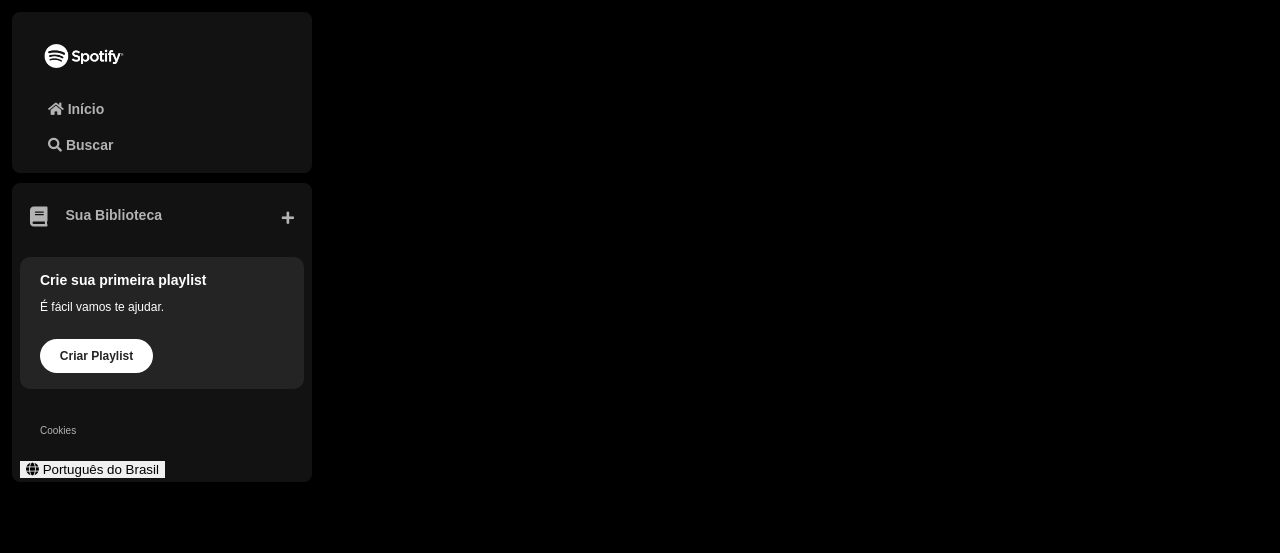
Repository: guilhermecardoso93/spotify-alura
Page: index.html
These files come from the project's save history. The page is drawn as it stood at one moment and after the next save; the edit follows.
The browser window is 1280 px wide. The pictures show the whole page.

Above is the page before, as saved 2024-02-21 20:21:58.

### index.html
<!DOCTYPE html>
<html lang="pt-BR">
  <head>
    <meta charset="UTF-8" />
    <meta name="viewport" content="width=device-width, initial-scale=1.0" />
    <link
      rel="shortcut icon"
      href="./assets/icons/favicon.png"
      type="image/x-icon"
    />
    <link
      rel="stylesheet"
      href="https://use.fontawesome.com/releases/v5.15.4/css/solid.css"
      integrity="sha384-Tv5i09RULyHKMwX0E8wJUqSOaXlyu3SQxORObAI08iUwIalMmN5L6AvlPX2LMoSE"
      crossorigin="anonymous"
    />
    <link
      rel="stylesheet"
      href="https://use.fontawesome.com/releases/v5.15.4/css/fontawesome.css"
      integrity="sha384-jLKHWM3JRmfMU0A5x5AkjWkw/EYfGUAGagvnfryNV3F9VqM98XiIH7VBGVoxVSc7"
      crossorigin="anonymous"
    />
    <link rel="stylesheet" href="./reset.css" />
    <link rel="stylesheet" href="./styles.css" />

    <title>Spotify | Alura</title>
  </head>
  <body>
    <div class="sidebar">
      <nav class="sidebar__navigation">
        <div class="logo">
          <a href="">
            <img src="./assets/icons/logo-spotify.png" alt="Logo" />
          </a>
        </div>
        <ul>
          <li>
            <a href="">
              <span class="fa fa-home"></span>
              <span>Início</span>
            </a>
          </li>
          <li>
            <a href="">
              <span class="fa fa-search"></span>
              <span>Buscar</span>
            </a>
          </li>
        </ul>
      </nav>

      <div class="library">
        <div class="library__content">
          <button class="library__button">
            <span class="fa fas fa-book"></span>
            <span>Sua Biblioteca</span>
          </button>
          <span class="fa fa-plus"></span>
        </div>

        <section class="playlist">
          <div class="playlist__content">
            <span class="text title">Crie sua primeira playlist</span>
            <span class="text subtitle">É fácil vamos te ajudar.</span>
            <button class="playlist__button">
              <span>Criar Playlist</span>
            </button>
          </div>
        </section>

        <div class="cookies">
          <a href="http://">Cookies</a>
        </div>

        <div class="languages">
          <button class="languanges__button">
            <span class="fa fa-globe"></span>
            <span>Português do Brasil</span>
          </button>
        </div>
      </div>
    </div>
  </body>
</html>

### styles.css
body {
  background-color: #000;
  font-family: "DM Sans", sans-serif;
}

.sidebar {
  position: fixed;
  top: 0;
  left: 0;
  bottom: 0;
  padding: 12px;
  width: 300px;
}

.sidebar__navigation {
  background-color: #121212;
  border-radius: 8px;
  padding: 16px 0 0 16px;
}

.logo {
  background: #121212;
  display: flex;
  border-radius: 8px;
  padding: 16px 0 0 16px;
}

.sidebar__navigation .logo img {
  width: 80px;
}

.sidebar nav ul {
  margin-top: 20px;
  padding: 0 20px 10px 20px;
}

.sidebar ul li {
  padding: 10px 0;
}

.sidebar nav ul li a {
  color: #b3b3b3;
  text-decoration: none;
  font-weight: 600;
  font-size: 14px;

  gap: 20px;
}

.library {
  background-color: #121212;
  border-radius: 8px;
  display: flex;
  justify-content: space-between;
  flex-direction: column;
  padding: 4px 8px;
  color: #b3b3b3;
  font-weight: 600;
  font-size: 14px;
  margin-top: 10px;
}

.library .library__content {
  display: flex;
  justify-content: space-between;
}

.library .library__button {
  display: flex;
  margin-right: 10px;
  color: #b3b3b3;
  background-color: transparent;
  border: 0px;
  font-size: 14px;
  font-weight: 700;
  font-family: "DM Sans", sans-serif;
  text-align: center;
  text-decoration: none;
  text-transform: none;
  padding: 20px 10px;
}

.library .library__button .fa {
  font-size: 20px;
  font-weight: 300;
  color: #b3b3b3;
  margin-right: 10px;
  padding-right: 8px;
}

.library .library__content .fa-plus {
  margin: 24px 10px;
}

.playlist {
  display: flex;
  align-items: flex-start;
  justify-content: space-between;
  gap: 20px;
  margin: 8px 0;
  padding: 16px 20px;

  background-color: #242424;
  color: #b3b3b3;
  font-weight: 600;
  font-size: 14px;
  border-radius: 10px;
}

.playlist .playlist__content {
  display: flex;
  flex-direction: column;
}

.playlist .playlist__content .text {
  padding-bottom: 14px;
  color: #fff;
}

.playlist .playlist__content .title {
  font-weight: 700;
}

.playlist .playlist__content .subtitle {
  font-weight: 500;
  font-size: 12px;
}

.playlist .playlist__content .playlist__button {
  display: flex;
  justify-content: center;
  padding: 10px;
  margin-top: 12px;
  width: 113px;

  background-color: #fff;
  color: #242424;
  border-radius: 20px;
  font-size: 12px;
  font-weight: 700;
  font-family: "DM Sans", sans-serif;
  text-decoration: none;
  text-transform: none;
  border: 0;
}

.sidebar .cookies {
  margin: 25px 20px;
}

.sidebar .cookies a {
  color: #b3b3b3;
  font-family: "DM Sans", sans-serif;
  font-weight: 500;
  font-size: 10px;
  text-decoration: none;
}

.sidebar .cookies a:hover {
  text-decoration: underline;
}

.languages .languages__button {
  align-items: center;
  background-color: transparent;
  border: 1px solid #878787;
  color: #fff;
  font-weight: bold;
  cursor: pointer;
  width: 170px;
  margin: 8px;
  padding: 8px;
  border-radius: 20px;
}

Loaded but not shown: reset.css (common file)

After the next save:
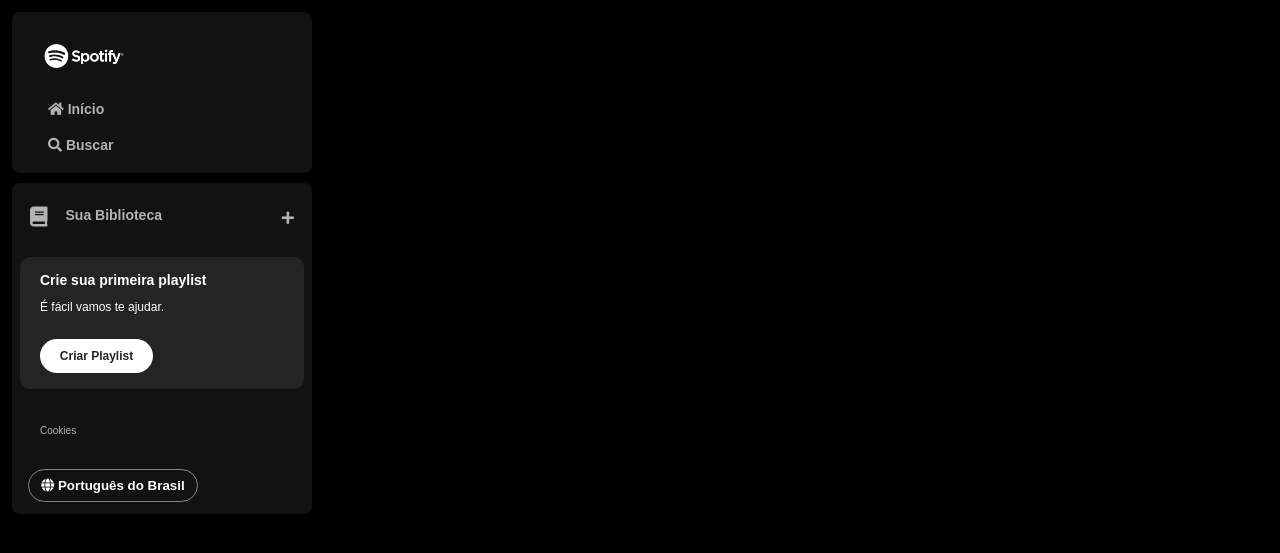
Saved 20 s later.
--- a/index.html
+++ b/index.html
@@ -73,7 +73,7 @@
         </div>
 
         <div class="languages">
-          <button class="languanges__button">
+          <button class="languages__button">
             <span class="fa fa-globe"></span>
             <span>Português do Brasil</span>
           </button>
